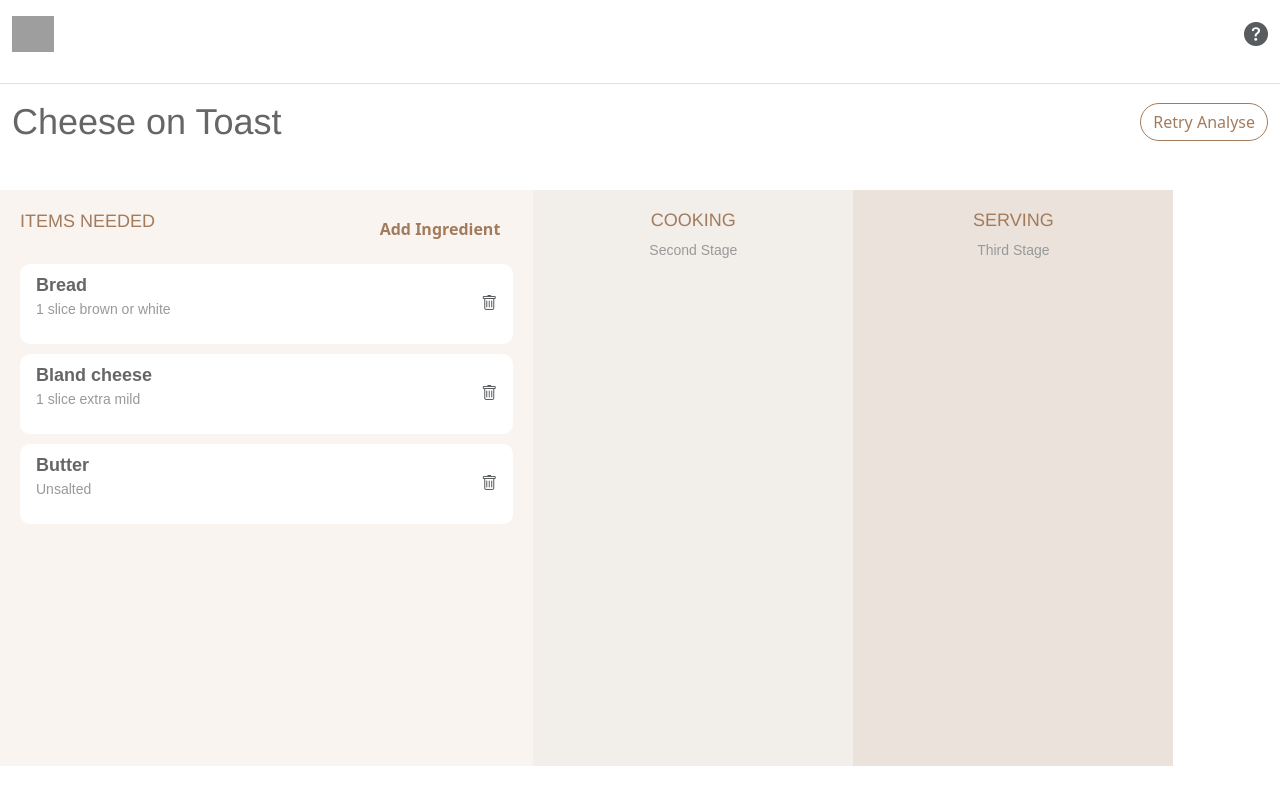
Repository: devashrisamani/SMC
Page: index.html
The author's editor kept a copy of each file at every save. The page is drawn from the files as they stood at one save, then again after the next save.
The browser window is 1280 px wide. The pictures show the whole page.
Pictures or frames that could not be fetched are drawn as grey boxes.

Above is the page before, as saved 2024-10-09 15:33:52.

### index.html
<!DOCTYPE html>
<html lang="en">
  <head>
    <meta charset="UTF-8" />
    <meta name="viewport" content="width=device-width, initial-scale=1.0" />
    <link
      href="https://cdn.jsdelivr.net/npm/bootstrap@5.3.0-alpha1/dist/css/bootstrap.min.css"
      rel="stylesheet"
    />
    <link
      href="https://cdn.jsdelivr.net/npm/bootstrap-icons/font/bootstrap-icons.css"
      rel="stylesheet"
    />
    <link rel="stylesheet" href="styles.css" />
    <title>Recipe Page</title>
  </head>
  <body>
    <!-- Header -->
    <header class="container-fluid border-bottom py-3">
      <div class="d-flex justify-content-between align-items-center">
        <!-- Logo -->
        <div>
          <img src="img/logomark.svg" alt="Logo" class="logo" />
        </div>

        <!-- Help Icon -->
        <div>
          <i class="bi bi-question-circle-fill fs-4 text-muted"></i>
        </div>
      </div>
    </header>

    <!-- Title and Retry Button -->
    <section class="container-fluid py-3">
      <div class="d-flex justify-content-between align-items-center">
        <!-- Title -->
        <h1 class="header-title">Cheese on Toast</h1>

        <!-- Retry Button -->
        <button class="btn btn-outline-primary retry-btn">Retry Analyse</button>
      </div>
    </section>

    <!-- Main Content -->
    <section class="container-fluid py-3">
      <div class="row">
        <!-- First Rectangle: Items Needed -->
        <div class="col-md-5 rectangle items-needed">
          <div class="d-flex justify-content-between align-items-center mb-3">
            <!-- Title (Items Needed) -->
            <h4 class="items-title">ITEMS NEEDED</h4>

            <!-- Add Ingredient Button -->
            <button class="btn btn-link add-ingredient">Add Ingredient</button>
          </div>

          <!-- Ingredients List -->
          <ul class="list-group ingredients-list">
            <li
              class="list-group-item d-flex justify-content-between align-items-center"
            >
              <div>
                <strong>Bread</strong>
                <p>1 slice brown or white</p>
              </div>
              <i class="bi bi-trash text-muted"></i>
            </li>
            <li
              class="list-group-item d-flex justify-content-between align-items-center"
            >
              <div>
                <strong>Bland cheese</strong>
                <p>1 slice extra mild</p>
              </div>
              <i class="bi bi-trash text-muted"></i>
            </li>
            <li
              class="list-group-item d-flex justify-content-between align-items-center"
            >
              <div>
                <strong>Butter</strong>
                <p>Unsalted</p>
              </div>
              <i class="bi bi-trash text-muted"></i>
            </li>
          </ul>
        </div>

        <!-- Second Rectangle: Cooking -->
        <div class="col-md-3 rectangle cooking">
          <h5>COOKING</h5>
          <p>Second Stage</p>
        </div>

        <!-- Third Rectangle: Serving -->
        <div class="col-md-3 rectangle serving">
          <h5>SERVING</h5>
          <p>Third Stage</p>
        </div>
      </div>
    </section>

    <script src="https://cdn.jsdelivr.net/npm/bootstrap@5.3.0-alpha1/dist/js/bootstrap.bundle.min.js"></script>
  </body>
</html>

### styles.css
/* Custom styles for the header */
.logo {
  width: 42px;
  height: 36px;
}

.bi-question-circle-fill {
  color: #a27b5c;
}

.border-bottom {
  border-color: #eee;
}

/* Title Section */
.header-title {
  font-family: "Calistoga-Regular", Helvetica, sans-serif;
  color: #666666;
  font-size: 36px;
  margin: 0;
}

.retry-btn {
  border-color: #a27b5c;
  color: #a27b5c;
  border-radius: 20px;
}

.retry-btn:hover {
  background-color: #a27b5c;
  color: #fff;
}

/* Styling for the three rectangles */

.rectangle {
  background-color: #f7f3ef;
  padding: 20px;
  /* height: 100%; */
  margin-bottom: 10px;
  min-height: 80vh;
}

.items-needed {
  background-color: #f9f4ef;
}

.cooking {
  background-color: #f2eee9;
  text-align: center;
}

.serving {
  background-color: #eae2db;
  text-align: center;
}

/* Title and Text Styles */
.items-title {
  font-family: "Calistoga-Regular", Helvetica, sans-serif;
  color: #a27b5c;
  font-size: 18px;
  margin-bottom: 15px;
}

.ingredients-list .list-group-item {
  border: none;
  border-radius: 10px;
  background-color: #fff;
  margin-bottom: 10px;
  font-family: "DM Sans", sans-serif;
}

.ingredients-list .list-group-item strong {
  font-size: 18px;
  color: #666666;
}

.ingredients-list .list-group-item p {
  font-size: 14px;
  color: #999999;
}

/* Add Ingredient Button */
.add-ingredient {
  color: #a27b5c;
  font-weight: bold;
  text-decoration: none;
}

.cooking h5,
.serving h5 {
  font-family: "Calistoga-Regular", Helvetica, sans-serif;
  font-size: 18px;
  color: #a27b5c;
}

.cooking p,
.serving p {
  font-family: "DM Sans", sans-serif;
  font-size: 14px;
  color: #999999;
}

/* Flexbox for the title and button alignment */
.d-flex {
  display: flex;
  justify-content: space-between;
  align-items: center;
  margin-bottom: 15px;
}

After the next save:
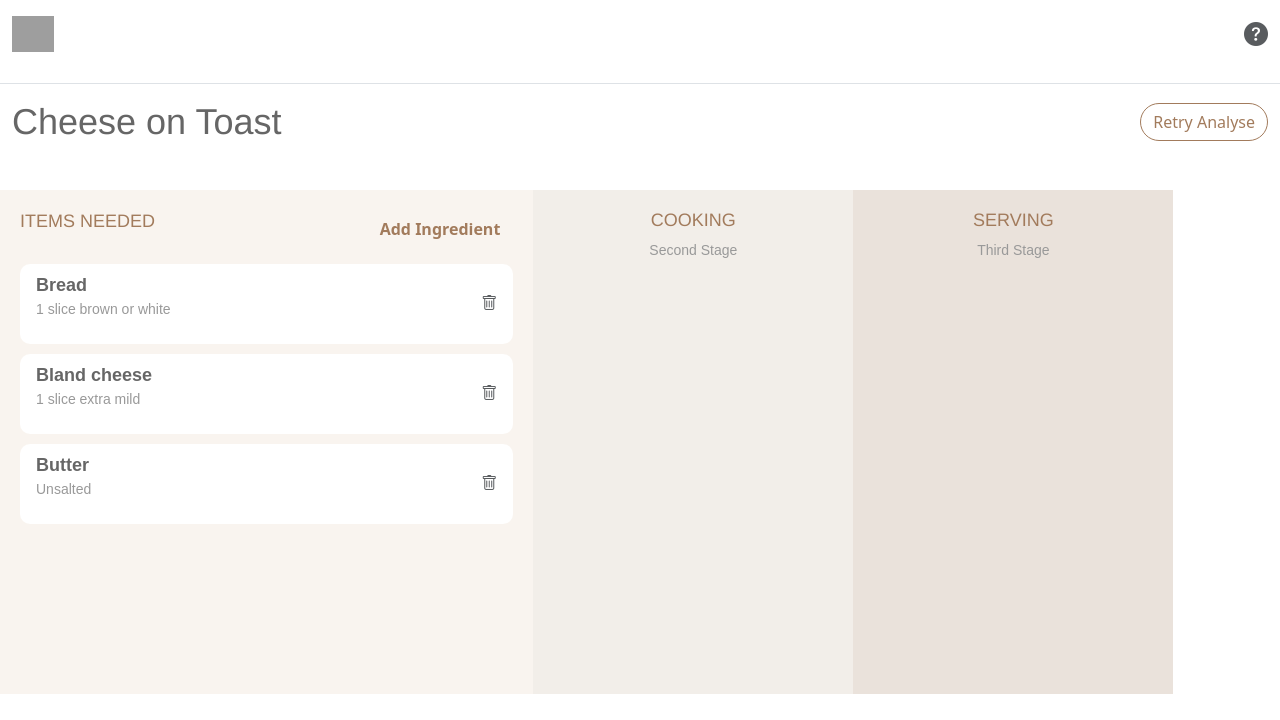
Saved 8 s later.
--- a/styles.css
+++ b/styles.css
@@ -38,7 +38,7 @@
   padding: 20px;
   /* height: 100%; */
   margin-bottom: 10px;
-  min-height: 80vh;
+  min-height: 70vh;
 }
 
 .items-needed {
